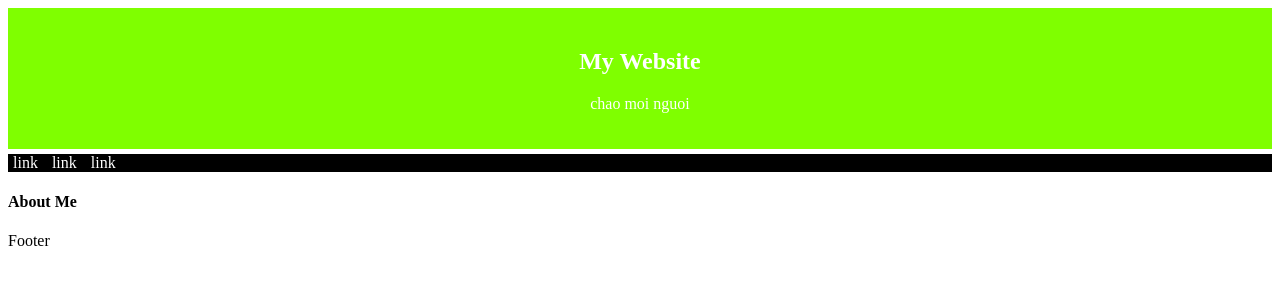
Repository: Lehuyhuynh/BTH2-CSS
Page: BTH2/index,.html
These files come from the project's save history. The page is drawn as it stood at one moment and after the next save; the edit follows.
The browser window is 1280 px wide. The pictures show the whole page.

Above is the page before, as saved 2023-08-09 23:06:48.

After the next save:
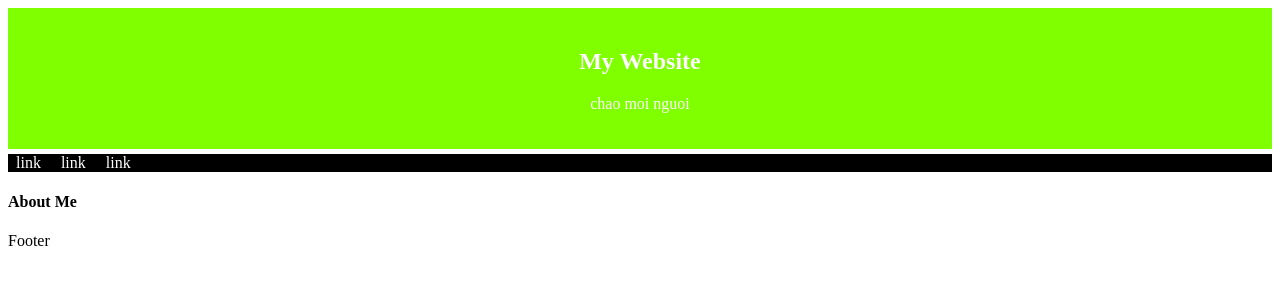
Saved 7 s later.
--- a/BTH2/style.css
+++ b/BTH2/style.css
@@ -16,5 +16,5 @@ p{
 }
 .head-link p{
   display: inline;
-  margin: 5px;
+  margin: 8px;
 }
